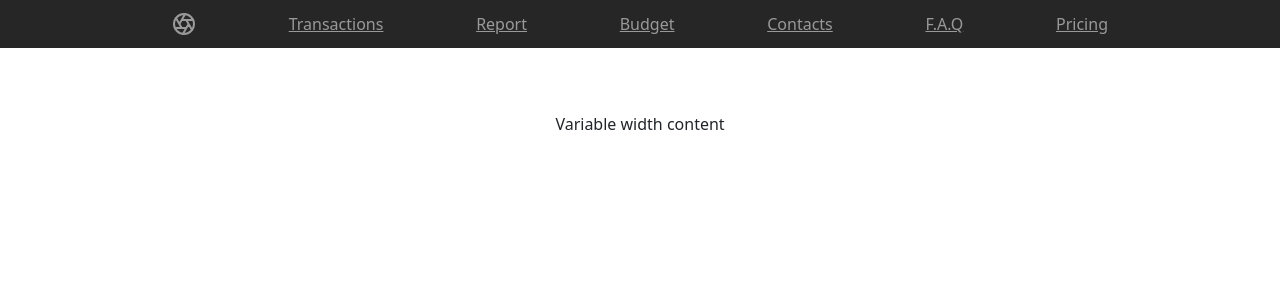
Repository: Nuriddinkhuja/budget-app-advanced
Page: index.html
These files come from the project's save history. The page is drawn as it stood at one moment and after a run of saves; the edit follows.
The browser window is 1280 px wide. The pictures show the whole page.
Some web libraries are served in a nearby version.

Above is the page before, as saved 2019-12-17 14:46:18.

After the next 2 saves:
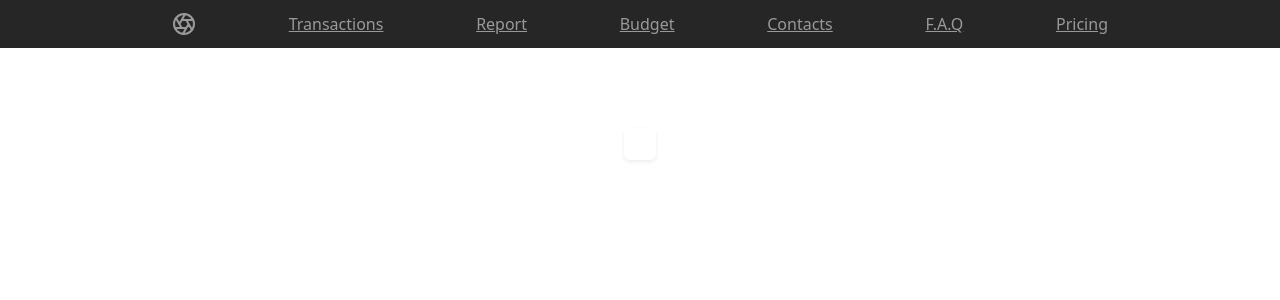
The 2 saves are shown as one change because they came seconds apart.
The last was saved 3 min 27 s later.
--- a/index.html
+++ b/index.html
@@ -24,7 +24,9 @@
     <div class="container">
         <div class="row justify-content-md-center p-3 p-md-5 m-md-3">
             <div class="col-md-auto">
-                    Variable width content
+                <div class="my-3 p-3 bg-white rounded shadow-sm">
+
+                </div>
             </div>
         </div>
     </div>
